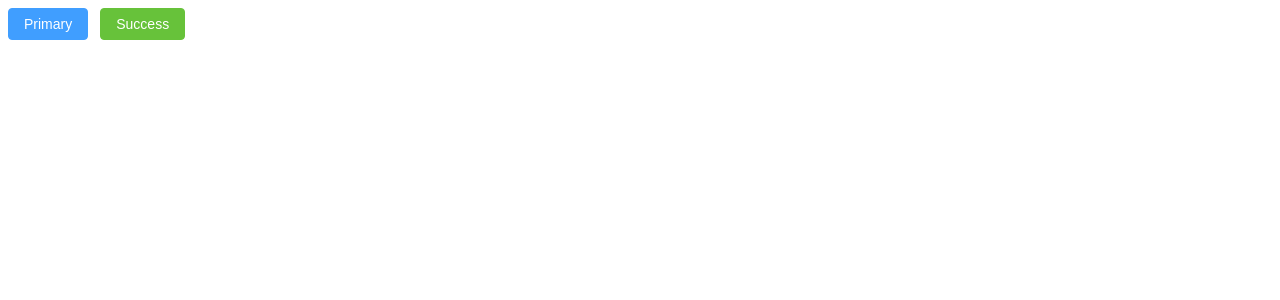
Repository: dishuibaby/vue-app
Page: /
The author's editor kept a copy of each file at every save. The page is drawn from the files as they stood at one save, then again after the next save.
The browser window is 1280 px wide. The pictures show the whole page.
Pictures or frames that could not be fetched are drawn as grey boxes. The project was rebuilt for these pictures with package versions that can differ from the ones it lists, and the page was loaded fresh each time. Also part of the build but not shown: vite.config.js.

Above is the page before, as saved 2024-08-11 18:11:38.

After the next save:
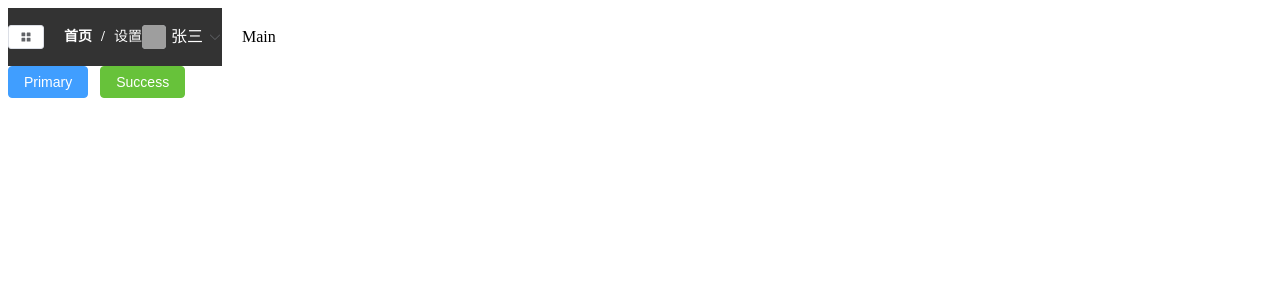
Saved 6 min 14 s later.
--- a/src/views/Main.vue
+++ b/src/views/Main.vue
@@ -3,7 +3,19 @@
 </script>
 
 <template>
-  <div class="common-layout"></div>
+  <div class="common-layout">
+    <el-container class="lay-container">
+        <common-aside />
+        <el-container>
+            <el-hreader>
+                <common-header />
+            </el-hreader>
+            <el-main>
+                Main
+            </el-main>
+        </el-container>
+    </el-container>
+  </div>
 </template>
 
 <style scoped>
